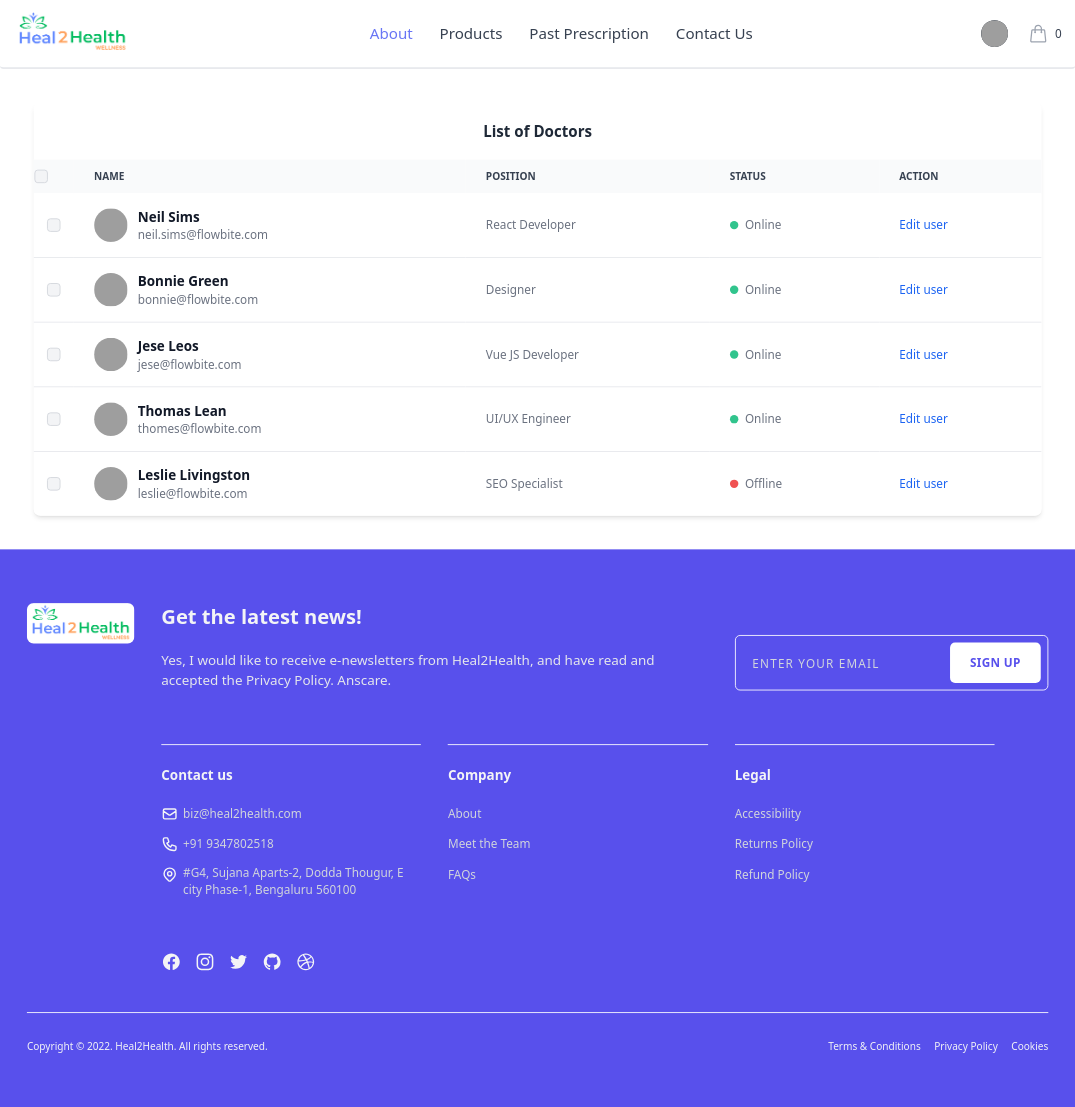
Repository: Akash123-coder/H2H
Page: /dealer (app in Frontend/)
An editor plug-in stored every save of this project. The page is shown before and after the next save, followed by the edit.
The browser window is 1280 px wide. The pictures show the whole page, at 84% of full size.
Pictures or frames that could not be fetched are drawn as grey boxes. The project was rebuilt for these pictures with package versions that can differ from the ones it lists, and the page was loaded fresh each time. Also part of the build but not shown: Frontend/vite.config.ts, Frontend/src/pages/About.tsx, Frontend/src/components/Cta.jsx, Frontend/src/pages/Home.jsx, Frontend/src/components/Product.tsx, Frontend/src/components/Select.jsx, Frontend/src/components/CompanySelect.jsx, Frontend/src/pages/Prescription.jsx and 7 more.

Above is the page before, as saved 2022-10-12 11:55:17.

After the next save:
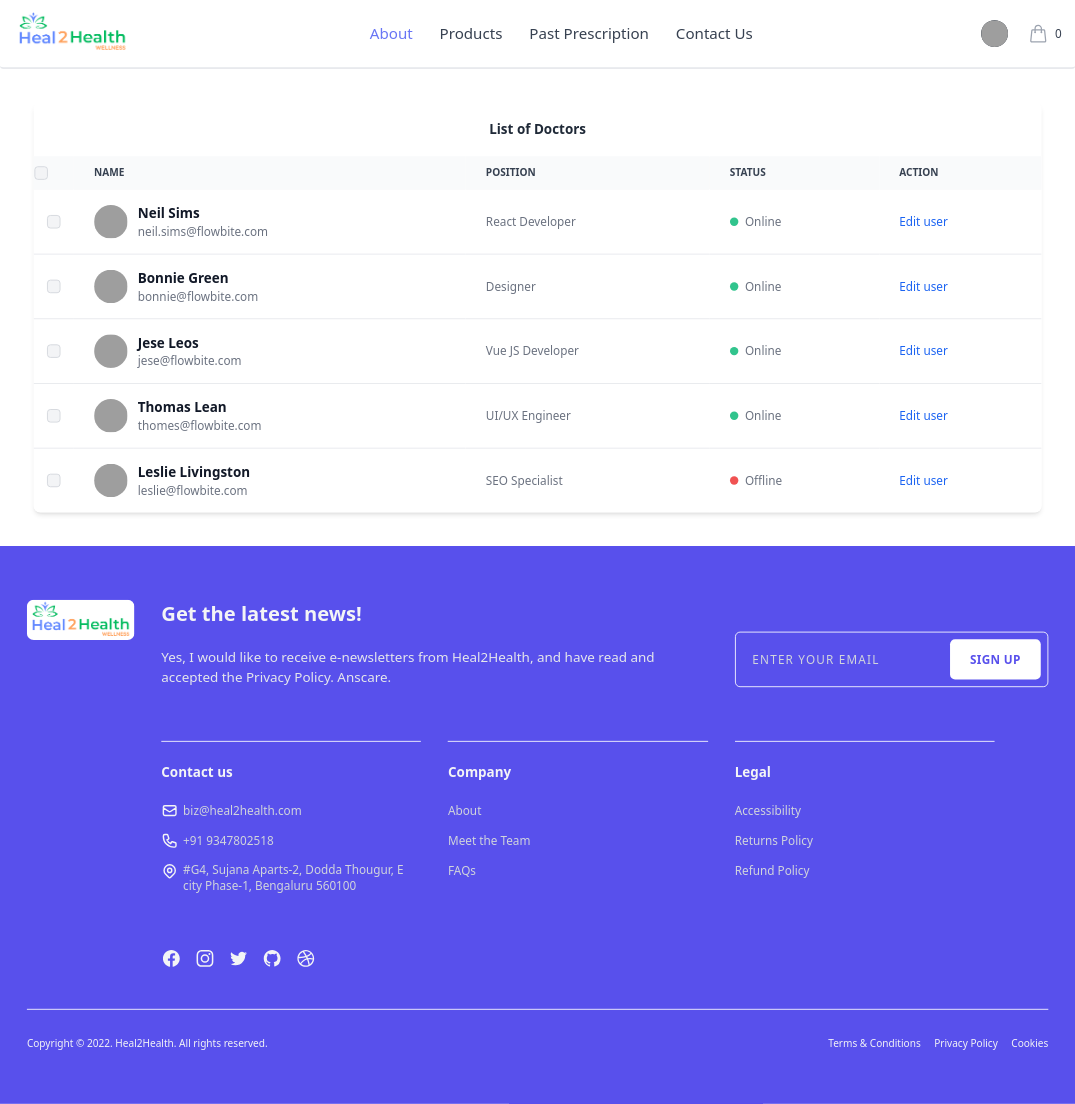
Saved 9 s later.
--- a/Frontend/src/components/List.jsx
+++ b/Frontend/src/components/List.jsx
@@ -5,7 +5,7 @@
     <div>
 
 <div className="overflow-x-auto relative shadow-md sm:rounded-lg">
-    <div className="py-5 w-full text-center text-gray-800 text-lg  font-sans font-semibold">
+    <div className="py-5 w-full text-center text-gray-800 text-xlg  font-sans font-semibold">
         <p>List of Doctors</p>
     </div>
     <table className="w-full text-sm text-left text-gray-500 dark:text-gray-400">

After the save that followed:
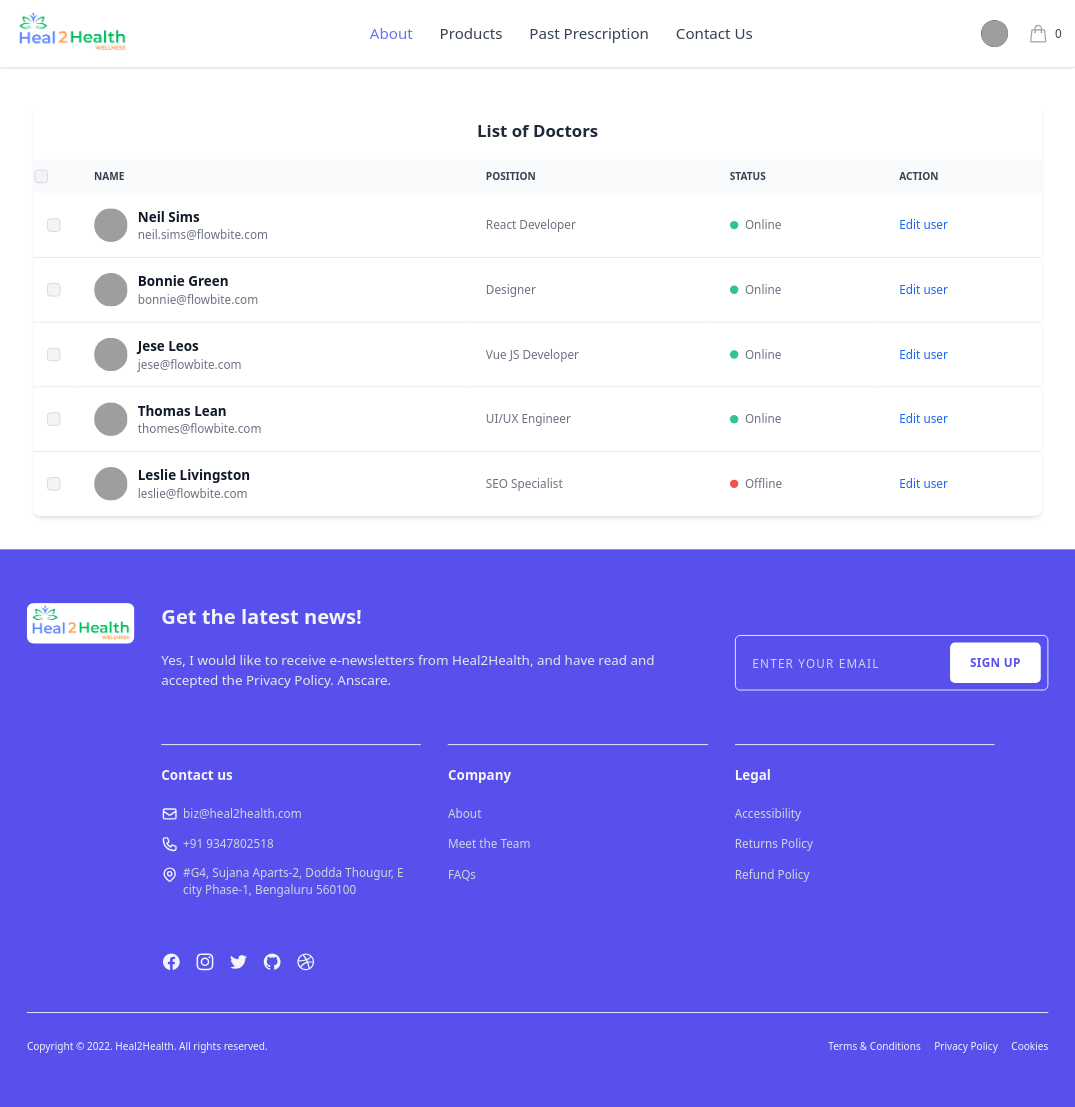
Saved 6 s later.
--- a/Frontend/src/components/List.jsx
+++ b/Frontend/src/components/List.jsx
@@ -5,7 +5,7 @@
     <div>
 
 <div className="overflow-x-auto relative shadow-md sm:rounded-lg">
-    <div className="py-5 w-full text-center text-gray-800 text-xlg  font-sans font-semibold">
+    <div className="py-5 w-full text-center text-gray-800 text-xl  font-sans font-semibold">
         <p>List of Doctors</p>
     </div>
     <table className="w-full text-sm text-left text-gray-500 dark:text-gray-400">
